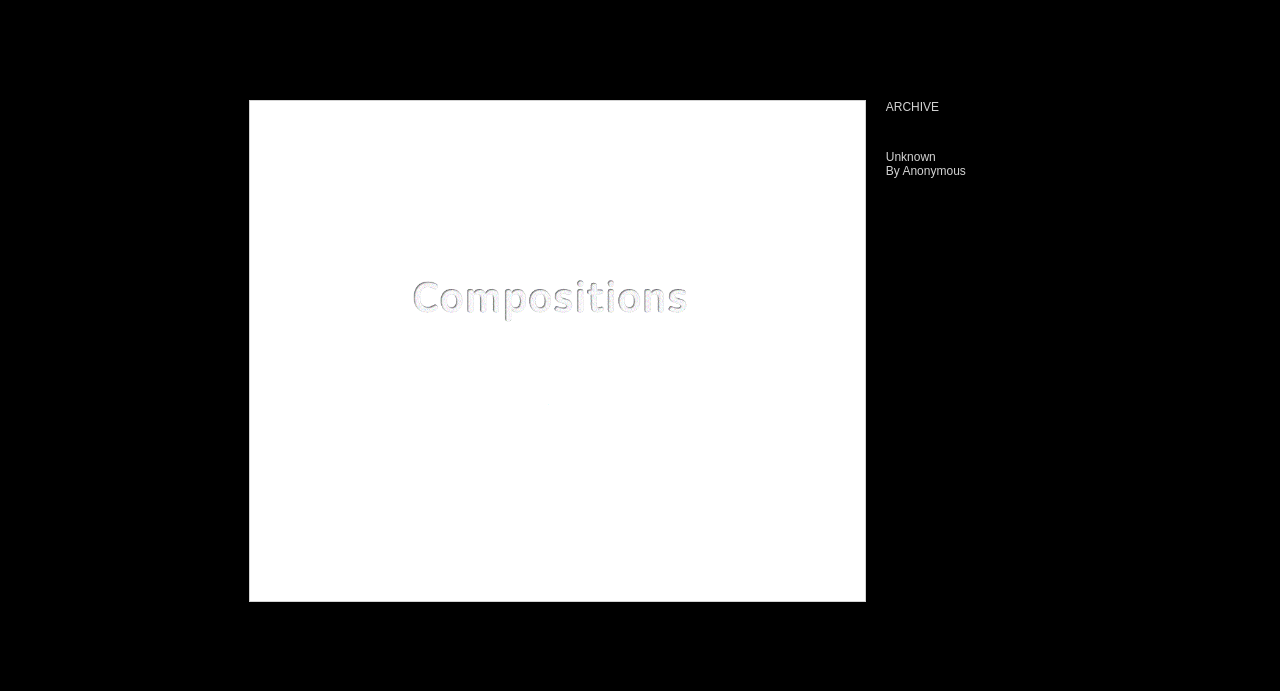
Repository: parkh899/parkh899.github.io
Page: lab/archive/display.html
The author's editor kept a record of every edit. The page is drawn from the files as they stood at one moment, then again after the next edit.
The browser window is 1280 px wide. The pictures show the whole page.

Above is the page before.
Console error (its wording comes from the project's code and is left out).

After the next edit:
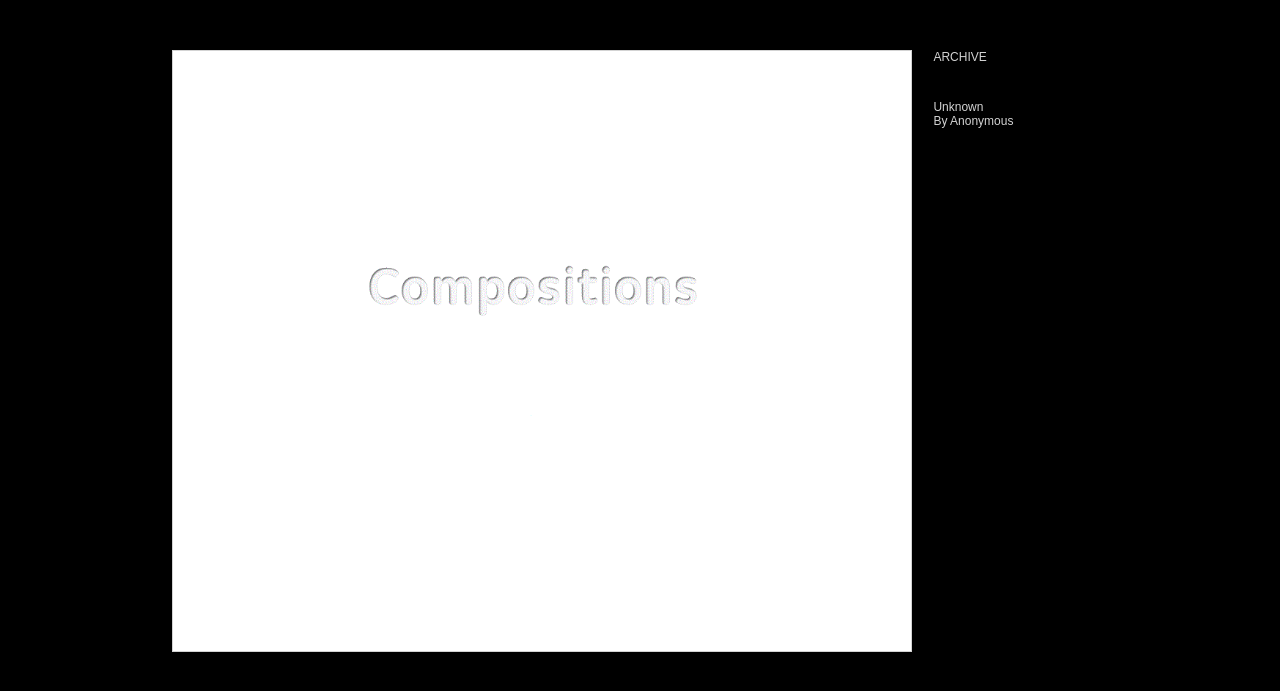
The edit:
--- a/lab/archive/display.html
+++ b/lab/archive/display.html
@@ -12,7 +12,7 @@
   }
 
   .imgWork {
-	height: 500px;
+	height: 600px;
 	border-style: solid;
 	border-width: 1px;
 	border-color: lightgray;
